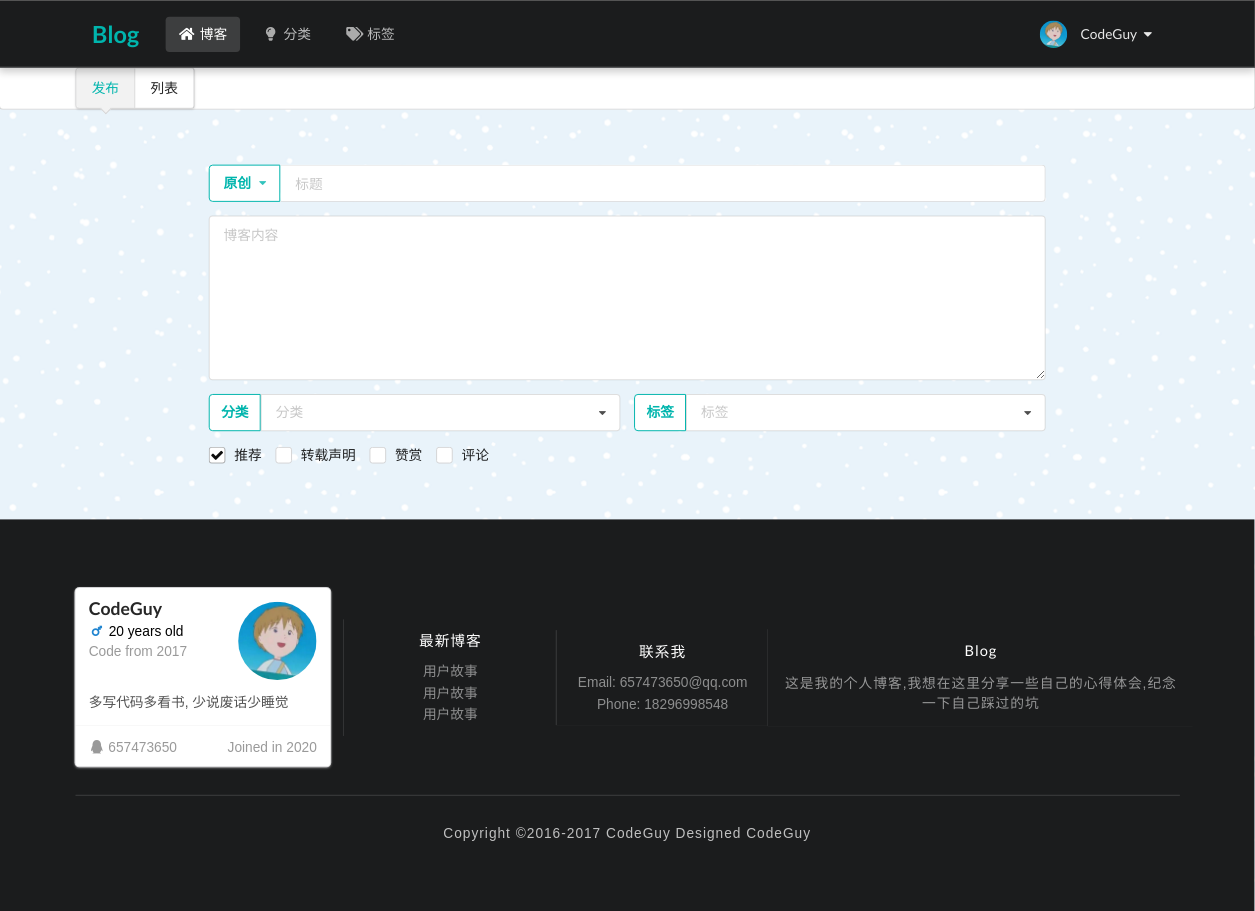
Repository: GOGOHQ/myblog
Page: admin/blog_input.html
An editor plug-in stored every save of this project. The page is shown before and after the next save, followed by the edit.
The browser window is 1280 px wide. The page is 1281 px wide, so the pictures cover 1281 px, including what lies to the right of the window. The pictures show the whole page, at 98% of full size.
Some web libraries are served in a nearby version.

Above is the page before, as saved 2020-01-19 09:20:20.

After the next save:
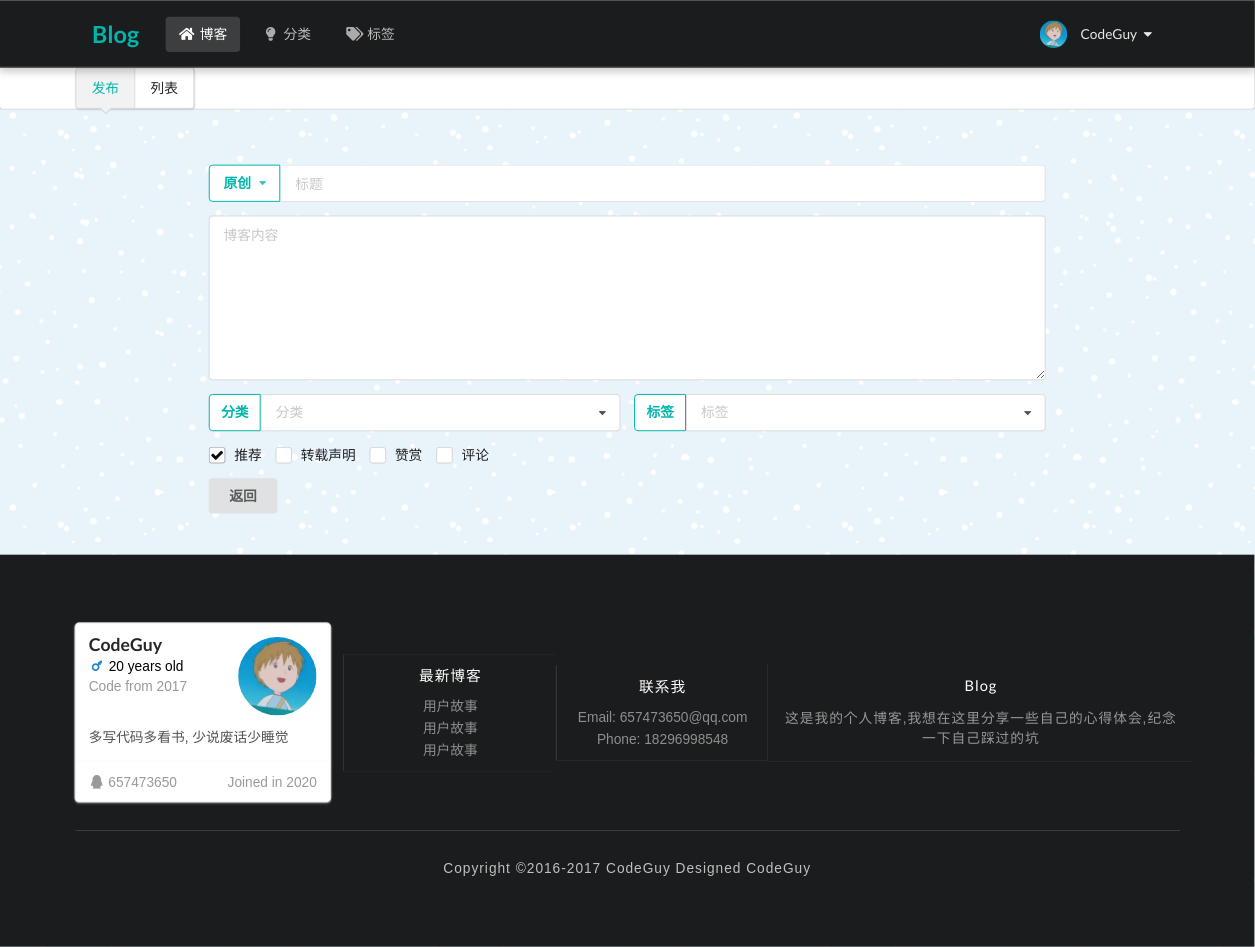
Saved 68 s later.
--- a/admin/blog_input.html
+++ b/admin/blog_input.html
@@ -124,6 +124,10 @@
                     </div>
                 </div>
             </div>
+            <div class="ui container">
+                <button class="ui button" type="button" onclick="window.history.go(-1)">返回</button>
+
+            </div>
         </form>
     </div>
 </div>
